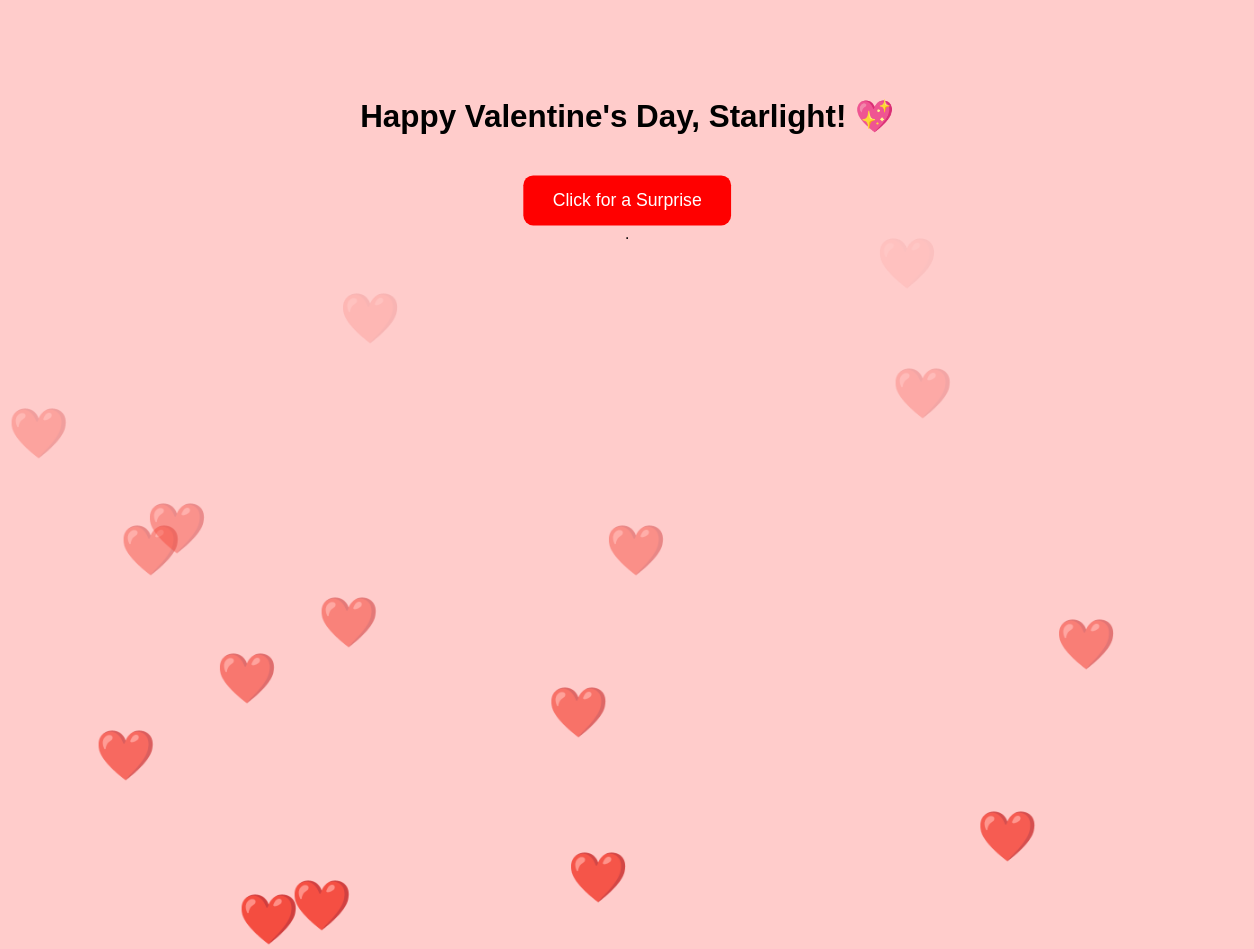
Repository: Jothankato05/Valentine
Page: Valentine/index.html
These files come from the project's save history. The page is drawn as it stood at one moment and after a run of saves; the edit follows.
The browser window is 1280 px wide. The pictures show the whole page, at 98% of full size.

Above is the page before, as saved 2025-02-14 14:38:18.

After the next 2 saves:
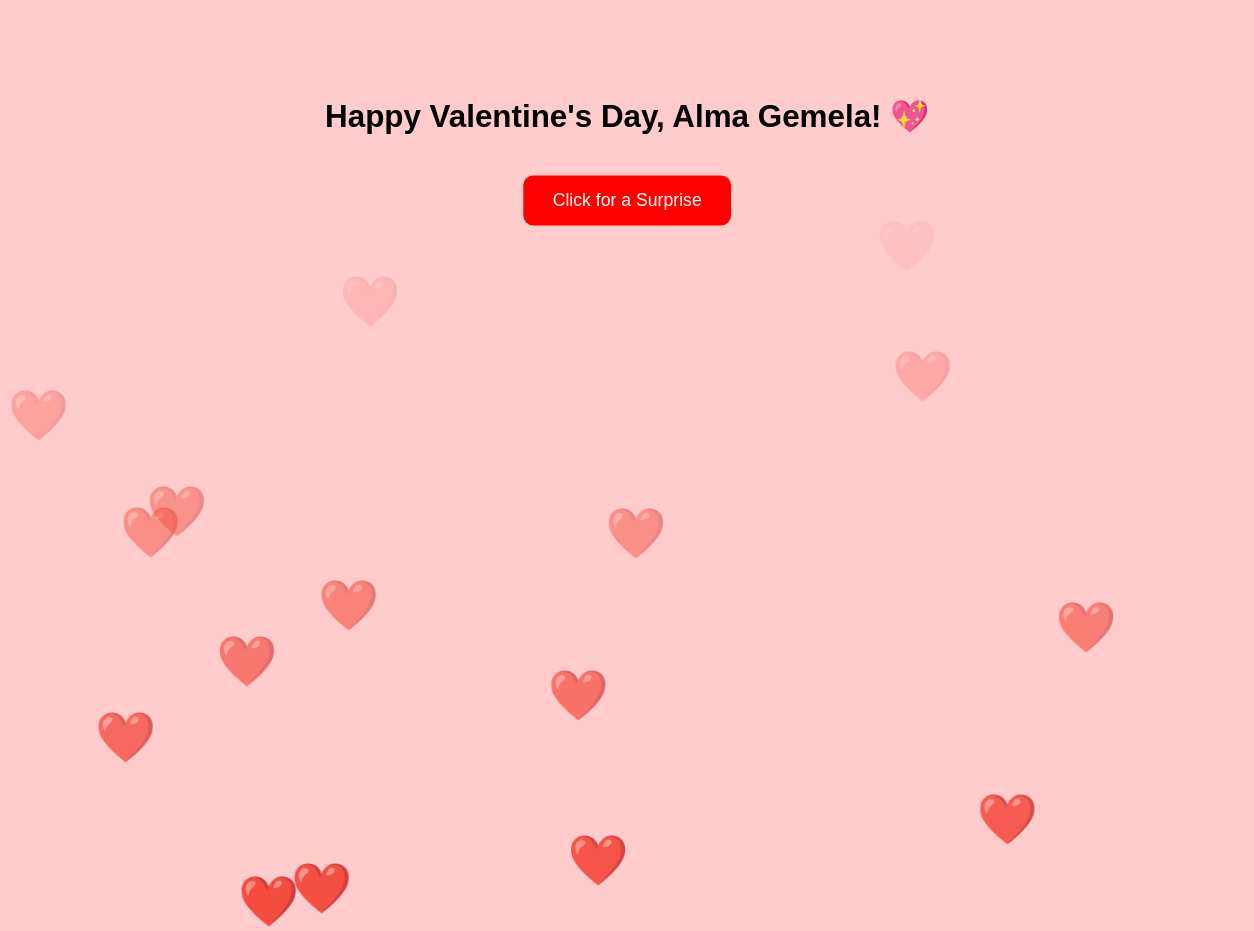
The 2 saves are shown as one change because they came seconds apart.
The last was saved 20 h 55 min later.
--- a/Valentine/index.html
+++ b/Valentine/index.html
@@ -3,7 +3,7 @@
 <head>
     <meta charset="UTF-8">
     <meta name="viewport" content="width=device-width, initial-scale=1.0">
-    <title>Valentine's Surprise for Starlight</title>
+    <title>Valentine's Surprise for Alma Gemela</title>
     <style>
         body {
             background-color: #ffcccb;
@@ -37,16 +37,16 @@
         #message {
             display: none;
             font-size: 24px;
-            color: darkred;
+            colour: dark red;
             margin-top: 20px;
         }
     </style>
 </head>
 <body>
     <div class="container">
-        <h1>Happy Valentine's Day, Starlight! 💖</h1>
+        <h1>Happy Valentine's Day, Alma Gemela! 💖</h1>
         <button id="surpriseBtn">Click for a Surprise</button>
-        <p id="message">You are the most amazing.person I cherish you! ❤️</p>
+        <p id="message">I love you so much, Baby. I adore and  I cherish you! ❤️</p>
     </div>
 
     <script>
@@ -70,4 +70,4 @@
         });
     </script>
 </body>
-</html>.
+</html>
